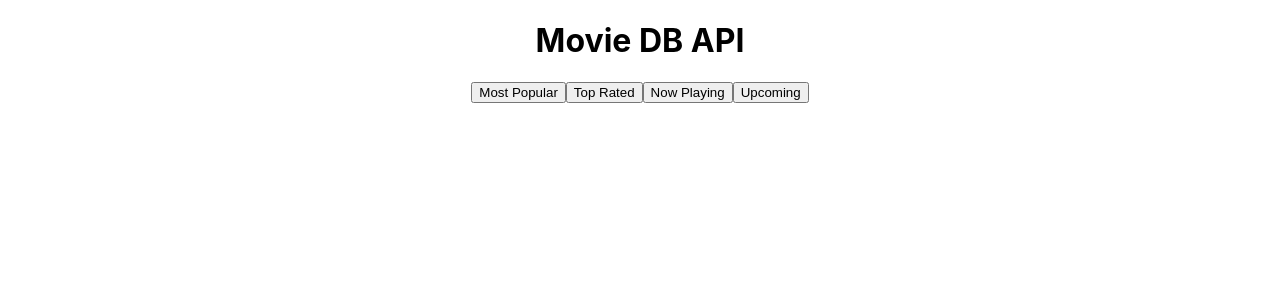
Repository: chaampavictor/moviedbapi
Page: /
An editor plug-in stored every save of this project. The page is shown before and after the next save, followed by the edit.
The browser window is 1280 px wide. The pictures show the whole page.
The page's requests for data from a server got no answer. The project was rebuilt for these pictures with package versions that can differ from the ones it lists, and the page was loaded fresh each time. No one was signed in, and anything a server would have sent is missing.

Above is the page before, as saved 2022-01-13 09:45:20.

After the next save:
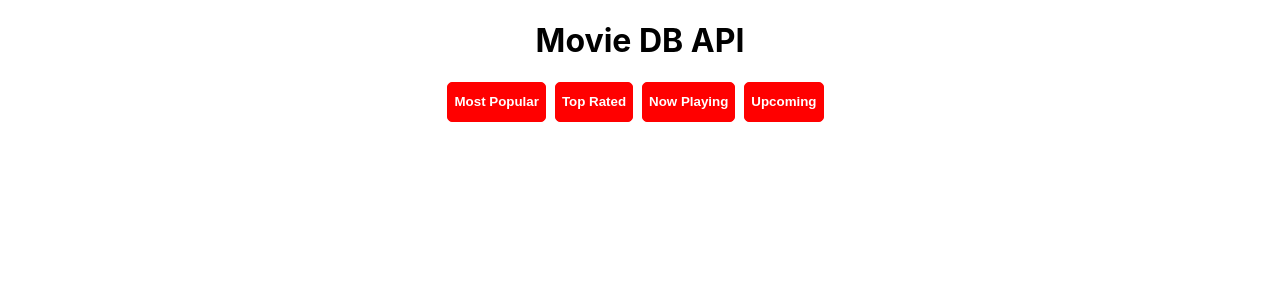
Saved 2 min 19 s later.
--- a/src/App.css
+++ b/src/App.css
@@ -8,6 +8,16 @@
 
 .image-item {
   border-radius: 52px;
+}
+
+.filterbutton {
+  height: 40px;
+  margin-right: 9px;
+  background: red;
+  border: red 1px solid;
+  border-radius: 5px;
+  color: white;
+  font-weight: bolder;
 }
 
 .explore-nav-link {
